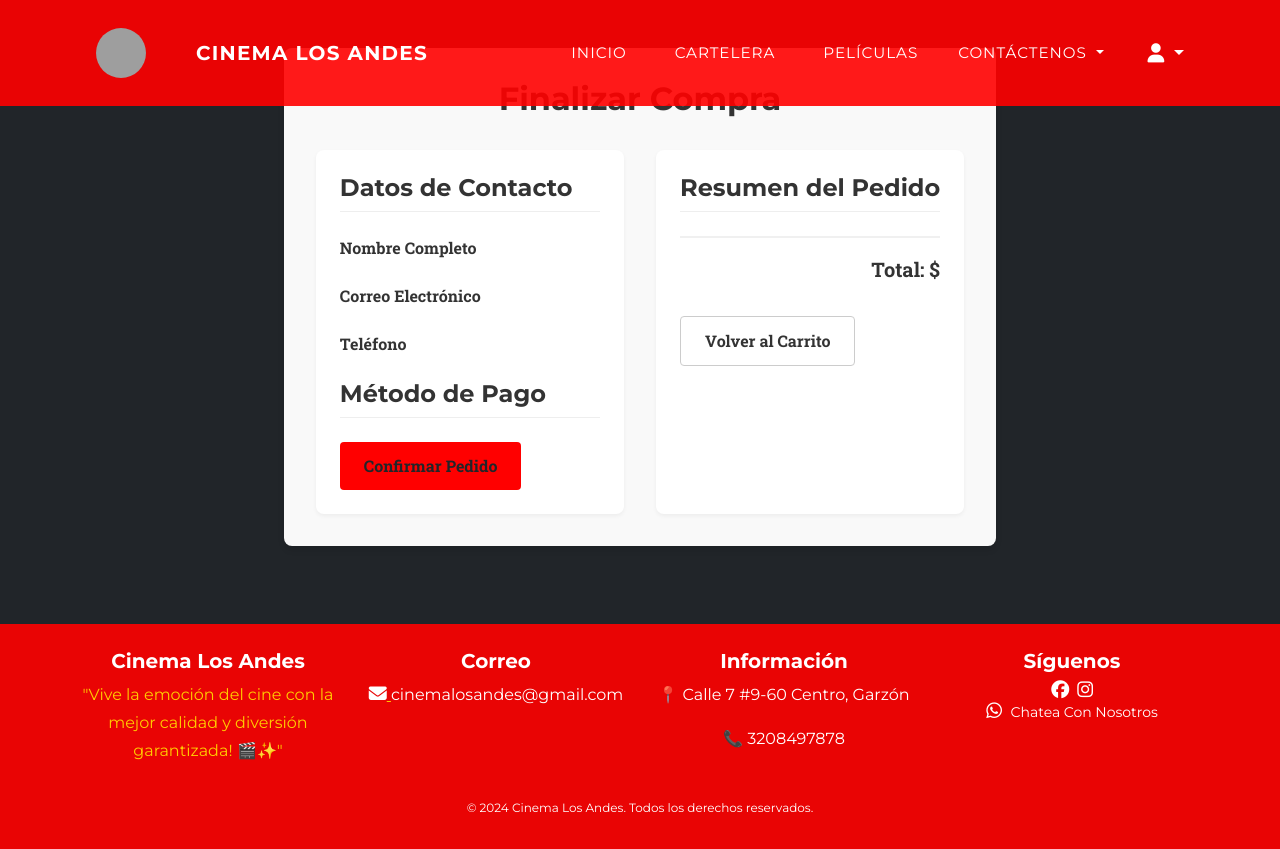
Repository: FelipeADSO/PROYECTO-SENA-FINAL
Page: cinema/templates/finalizar_compra.html
The author's editor kept a copy of each file at every save. The page is drawn from the files as they stood at one save, then again after the next save.
The browser window is 1280 px wide. The pictures show the whole page.
Pictures or frames that could not be fetched are drawn as grey boxes. Some web libraries are served in a nearby version. The template is drawn by Django 5.2. The application's start-up code is not run. Other server files are loaded and not shown. The template is opened directly, without the code that normally fills it, so the values that code supplies are empty.

Above is the page before, as saved 2025-03-06 09:25:17.

### cinema/templates/finalizar_compra.html
{% extends 'base.html' %}
{% load static %}

{% block title %}Finalizar Compra{% endblock %}

{% block style %}
<style>

    /* Contenedor principal */
    .container {
        width: 90%;
        max-width: 1200px;
        margin: 10px auto;
    }

    /* Header */
    header {
        background-color: #1e1e1e;
        padding: 15px 0;
        text-align: center;
    }

    header h1 {
        font-size: 2rem;
        color: #ffcc00;
        margin: 0;
    }

    /* Navbar */
    .navbar {
        display: flex;
        justify-content: center;
        padding: 10px 0;
        background-color: #222;
    }

    .navbar a {
        color: #ffcc00;
        text-decoration: none;
        padding: 10px 20px;
        font-size: 1.2rem;
        transition: 0.3s;
    }

    .navbar a:hover {
        color: #ffffff;
    }

    /* Cartelera */
    .cartelera {
        display: grid;
        grid-template-columns: repeat(auto-fit, minmax(250px, 1fr));
        gap: 20px;
        margin-top: 20px;
    }

    .pelicula {
        background-color: #252525;
        border-radius: 8px;
        padding: 15px;
        text-align: center;
        transition: 0.3s;
    }

    .pelicula:hover {
        transform: scale(1.05);
    }

    .pelicula img {
        width: 100%;
        border-radius: 8px;
    }

    .pelicula h3 {
        font-size: 1.5rem;
        margin: 10px 0;
    }

    /* Formulario de reservas */
    .formulario {
        background-color: #252525;
        padding: 20px;
        border-radius: 8px;
        max-width: 500px;
        margin: 0 auto;
    }

    .formulario label {
        display: block;
        font-weight: bold;
        margin: 10px 0 5px;
    }

    .formulario input,
    .formulario select {
        width: 100%;
        padding: 10px;
        border-radius: 5px;
        border: none;
        margin-bottom: 15px;
    }

    .formulario button {
        background-color: #ffcc00;
        color: #121212;
        padding: 10px;
        width: 100%;
        border: none;
        border-radius: 5px;
        font-size: 1rem;
        cursor: pointer;
        transition: 0.3s;
    }

    .formulario button:hover {
        background-color: #e6b800;
    }

    /* Resumen de reserva */
    .resumen {
        background-color: #252525;
        padding: 20px;
        border-radius: 8px;
        max-width: 600px;
        margin: 20px auto;
    }

    .resumen h2 {
        color: #ffcc00;
        text-align: center;
    }

    .resumen p {
        font-size: 1.2rem;
        margin: 10px 0;
    }

    /* Footer */
    footer {
        background-color: #1e1e1e;
        text-align: center;
        padding: 15px 0;
        margin-top: 30px;
    }

    footer p {
        color: #ffcc00;
        font-size: 1rem;
    }
    </style>
{% endblock %}

{% block content %}
    <link rel="stylesheet" href="{% static 'css/pasarela.css' %}">

    <div class="checkout-container">
        <h1 class="checkout-titulo">Finalizar Compra</h1>

        {% if messages %}
            <div class="messages">
                {% for message in messages %}
                    <div class="alert alert-{{ message.tags }}">
                        {{ message }}
                    </div>
                {% endfor %}
            </div>
        {% endif %}

        <div class="checkout-grid">
            <div class="checkout-form">
                <h2 class="resumen-titulo">Datos de Contacto</h2>
                <form method="POST">
                    {% csrf_token %}

                    <div class="form-group">
                        <label for="{{ form.nombre.id_for_label }}">Nombre Completo</label>
                        {{ form.nombre }}
                        {% if form.nombre.errors %}
                            <div class="form-error">{{ form.nombre.errors }}</div>
                        {% endif %}
                    </div>

                    <div class="form-group">
                        <label for="{{ form.email.id_for_label }}">Correo Electrónico</label>
                        {{ form.email }}
                        {% if form.email.errors %}
                            <div class="form-error">{{ form.email.errors }}</div>
                        {% endif %}
                    </div>

                    <div class="form-group">
                        <label for="{{ form.telefono.id_for_label }}">Teléfono</label>
                        {{ form.telefono }}
                        {% if form.telefono.errors %}
                            <div class="form-error">{{ form.telefono.errors }}</div>
                        {% endif %}
                    </div>

                    <!-- Método de Pago -->
                    <h2 class="resumen-titulo">Método de Pago</h2>
                    <div class="form-group">
                        {% for radio in form.metodo_pago %}
                            <div class="form-check">
                                {{ radio.tag }} {{ radio.choice_label }}
                            </div>
                        {% endfor %}
                        {% if form.metodo_pago.errors %}
                            <div class="form-error">{{ form.metodo_pago.errors }}</div>
                        {% endif %}
                    </div>

                    <button type="submit" class="btn" style="background-color: red ;">
                        Confirmar Pedido
                    </button>
                </form>
            </div>

            <div class="checkout-resumen">
                <h2 class="resumen-titulo">Resumen del Pedido</h2>

                {% for item in carrito_items %}
                    <div class="resumen-item">
                        <div class="resumen-producto">
                            <img src="{{ item.producto.foto.url }}" alt="{{ item.producto.nombre }}" class="resumen-imagen">
                            <div>
                                <div>{{ item.producto.nombre }}</div>
                                <div>Cantidad: {{ item.cantidad }}</div>
                            </div>
                        </div>
                        <div>${{ item.subtotal }}</div>
                    </div>
                {% endfor %}

                <div class="resumen-total">
                    Total: ${{ total }}
                </div>

                <div style="margin-top: 2rem;">
                    <a href="{% url 'ver_carrito' %}" class="btn btn-outline">
                        Volver al Carrito
                    </a>
                </div>
            </div>
        </div>
    </div>
{% endblock %}

### cinema/static/css/pasarela.css
.checkout-container {
    max-width: 1200px;
    margin: 5rem auto;
    padding: 0 2rem;
}

.checkout-titulo {
    text-align: center;
    color: var(--primario-oscuro);
    font-size: 2.5rem;
    margin-bottom: 3rem;
}

.checkout-grid {
    display: grid;
    grid-template-columns: 1fr 1fr;
    gap: 2rem;

}

.checkout-form {
    background-color: white;
    padding: 2rem;
    border-radius: 8px;
    box-shadow: 0 4px 6px rgba(0, 0, 0, 0.1);
}

.checkout-resumen {
    background-color: white;
    padding: 2rem;
    border-radius: 8px;
    box-shadow: 0 4px 6px rgba(0, 0, 0, 0.1);
}

.form-group {
    margin-bottom: 1.5rem;
}

.form-group label {
    display: block;
    margin-bottom: 0.5rem;
    font-weight: 500;
    color: var(--primario-oscuro);
}

.form-control {
    width: 100%;
    padding: 0.75rem;
    border: 1px solid #ddd;
    border-radius: 4px;
    font-size: 1rem;
}

.resumen-titulo {
    font-size: 1.5rem;
    margin-bottom: 1.5rem;
    color: var(--primario-oscuro);
    border-bottom: 1px solid #eee;
    padding-bottom: 0.5rem;
}

.resumen-item {
    display: flex;
    justify-content: space-between;
    margin-bottom: 1rem;
    padding-bottom: 1rem;
    border-bottom: 1px solid #f0f0f0;
}

.resumen-producto {
    display: flex;
    align-items: center;
    gap: 1rem;
}

.resumen-imagen {
    width: 50px;
    height: 50px;
    object-fit: cover;
    border-radius: 4px;
}

.resumen-total {
    font-size: 1.2rem;
    font-weight: bold;
    text-align: right;
    margin-top: 1.5rem;
    padding-top: 1rem;
    border-top: 2px solid #f0f0f0;
}
.checkout-container {
    max-width: 1200px;
    margin: 3rem auto;
    padding: 2rem;
    background-color: #f9f9f9;
    border-radius: 8px;
    box-shadow: 0 4px 6px rgba(0, 0, 0, 0.1);
    color: #333; /* Asegurar que el texto sea oscuro */
}

.checkout-titulo {
    text-align: center;
    color: #333;
    margin-bottom: 2rem;
    font-size: 2rem;
}

.checkout-grid {
    display: grid;
    grid-template-columns: 1fr 1fr;
    gap: 2rem;
}

.checkout-form, .checkout-resumen {
    background-color: white;
    padding: 1.5rem;
    border-radius: 8px;
    box-shadow: 0 2px 4px rgba(0, 0, 0, 0.05);
}

.resumen-titulo {
    color: #333;
    margin-bottom: 1.5rem;
    font-size: 1.5rem;
    border-bottom: 1px solid #eee;
    padding-bottom: 0.5rem;
}

.form-group {
    margin-bottom: 1.5rem;
}

.form-group label {
    display: block;
    margin-bottom: 0.5rem;
    color: #333;
    font-weight: 600;
}

.form-control {
    width: 100%;
    padding: 0.75rem;
    border: 1px solid #ddd;
    border-radius: 4px;
    font-size: 1rem;
}

.form-error {
    color: #dc3545;
    margin-top: 0.25rem;
    font-size: 0.875rem;
}

.resumen-item {
    padding: 1rem 0;
    border-bottom: 1px solid #eee;
    display: flex;
    justify-content: space-between;
    align-items: center;
}

.resumen-producto {
    display: flex;
    align-items: center;
    gap: 1rem;
}

.resumen-imagen {
    width: 60px;
    height: 60px;
    object-fit: cover;
    border-radius: 4px;
}

.resumen-total {
    margin-top: 1.5rem;
    text-align: right;
    font-weight: bold;
    font-size: 1.25rem;
    color: #333;
}

.btn {
    padding: 0.75rem 1.5rem;
    border: none;
    border-radius: 4px;
    cursor: pointer;
    font-weight: 600;
    transition: all 0.3s;
    display: inline-block;
    text-decoration: none;
}

.btn-success {
    background-color: #28a745;
    color: white;
}

.btn-success:hover {
    background-color: #218838;
}

.btn-outline {
    background-color: transparent;
    border: 1px solid #ccc;
    color: #333;
}

.btn-outline:hover {
    background-color: #f8f9fa;
}

@media (max-width: 768px) {
    .checkout-grid {
        grid-template-columns: 1fr;
    }

    .checkout-titulo {
        font-size: 2rem;
        margin-bottom: 2rem;
    }
}

Loaded but not shown: cinema/static/css/style.css (library); cinema/static/js/scripts.js (46 lines, source omitted); cinema/templates/base.html (175 lines, source omitted)

After the next save:
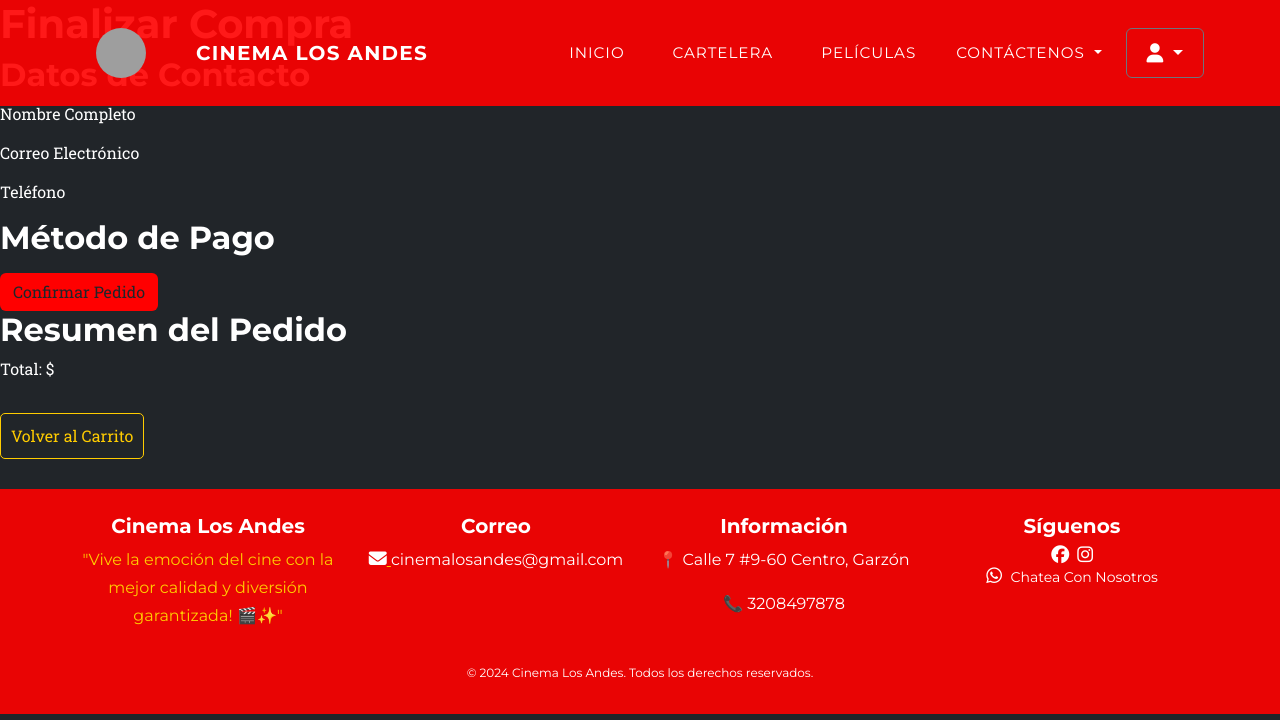
Saved 2 min 25 s later.
--- a/cinema/templates/finalizar_compra.html
+++ b/cinema/templates/finalizar_compra.html
@@ -5,7 +5,6 @@
 
 {% block style %}
 <style>
-
     /* Contenedor principal */
     .container {
         width: 90%;
@@ -147,12 +146,46 @@
         color: #ffcc00;
         font-size: 1rem;
     }
-    </style>
+
+    /* Estilos adicionales para el formulario */
+    .form-group {
+        margin-bottom: 15px;
+    }
+
+    .form-check {
+        margin-bottom: 10px;
+    }
+
+    .form-control {
+        width: 100%;
+        padding: 10px;
+        border-radius: 5px;
+        border: 1px solid #ccc;
+    }
+
+    .form-error {
+        color: red;
+        font-size: 0.9rem;
+    }
+
+    .btn-outline {
+        border: 1px solid #ffcc00;
+        color: #ffcc00;
+        padding: 10px;
+        text-align: center;
+        display: inline-block;
+        border-radius: 5px;
+        transition: 0.3s;
+    }
+
+    .btn-outline:hover {
+        background-color: #ffcc00;
+        color: #1e1e1e;
+    }
+</style>
 {% endblock %}
 
 {% block content %}
-    <link rel="stylesheet" href="{% static 'css/pasarela.css' %}">
-
     <div class="checkout-container">
         <h1 class="checkout-titulo">Finalizar Compra</h1>
 
@@ -196,7 +229,6 @@
                         {% endif %}
                     </div>
 
-                    <!-- Método de Pago -->
                     <h2 class="resumen-titulo">Método de Pago</h2>
                     <div class="form-group">
                         {% for radio in form.metodo_pago %}
@@ -209,7 +241,7 @@
                         {% endif %}
                     </div>
 
-                    <button type="submit" class="btn" style="background-color: red ;">
+                    <button type="submit" class="btn" style="background-color: red;">
                         Confirmar Pedido
                     </button>
                 </form>

After the save that followed:
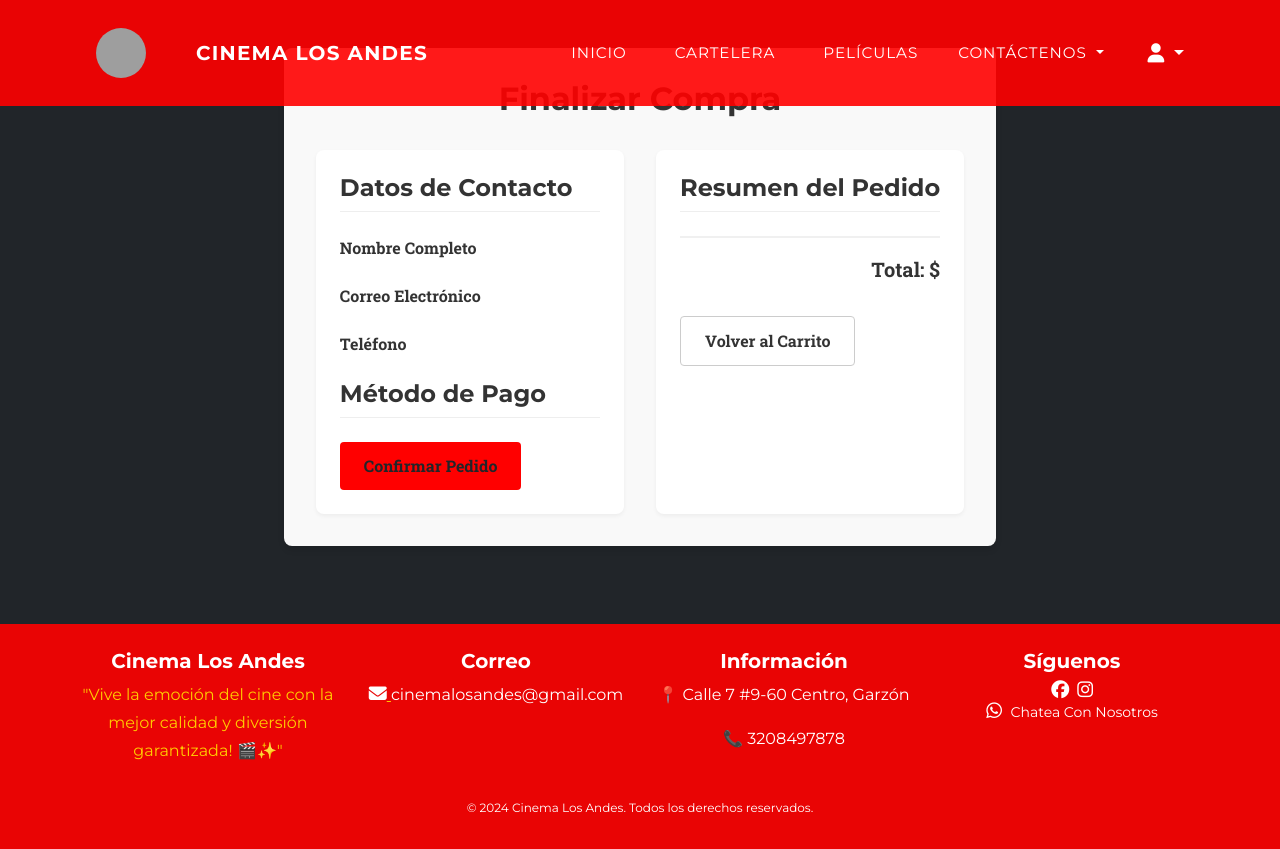
Saved 48 s later.
--- a/cinema/templates/finalizar_compra.html
+++ b/cinema/templates/finalizar_compra.html
@@ -5,6 +5,7 @@
 
 {% block style %}
 <style>
+
     /* Contenedor principal */
     .container {
         width: 90%;
@@ -146,46 +147,12 @@
         color: #ffcc00;
         font-size: 1rem;
     }
-
-    /* Estilos adicionales para el formulario */
-    .form-group {
-        margin-bottom: 15px;
-    }
-
-    .form-check {
-        margin-bottom: 10px;
-    }
-
-    .form-control {
-        width: 100%;
-        padding: 10px;
-        border-radius: 5px;
-        border: 1px solid #ccc;
-    }
-
-    .form-error {
-        color: red;
-        font-size: 0.9rem;
-    }
-
-    .btn-outline {
-        border: 1px solid #ffcc00;
-        color: #ffcc00;
-        padding: 10px;
-        text-align: center;
-        display: inline-block;
-        border-radius: 5px;
-        transition: 0.3s;
-    }
-
-    .btn-outline:hover {
-        background-color: #ffcc00;
-        color: #1e1e1e;
-    }
-</style>
+    </style>
 {% endblock %}
 
 {% block content %}
+    <link rel="stylesheet" href="{% static 'css/pasarela.css' %}">
+
     <div class="checkout-container">
         <h1 class="checkout-titulo">Finalizar Compra</h1>
 
@@ -229,6 +196,7 @@
                         {% endif %}
                     </div>
 
+                    <!-- Método de Pago -->
                     <h2 class="resumen-titulo">Método de Pago</h2>
                     <div class="form-group">
                         {% for radio in form.metodo_pago %}
@@ -241,7 +209,7 @@
                         {% endif %}
                     </div>
 
-                    <button type="submit" class="btn" style="background-color: red;">
+                    <button type="submit" class="btn" style="background-color: red ;">
                         Confirmar Pedido
                     </button>
                 </form>
